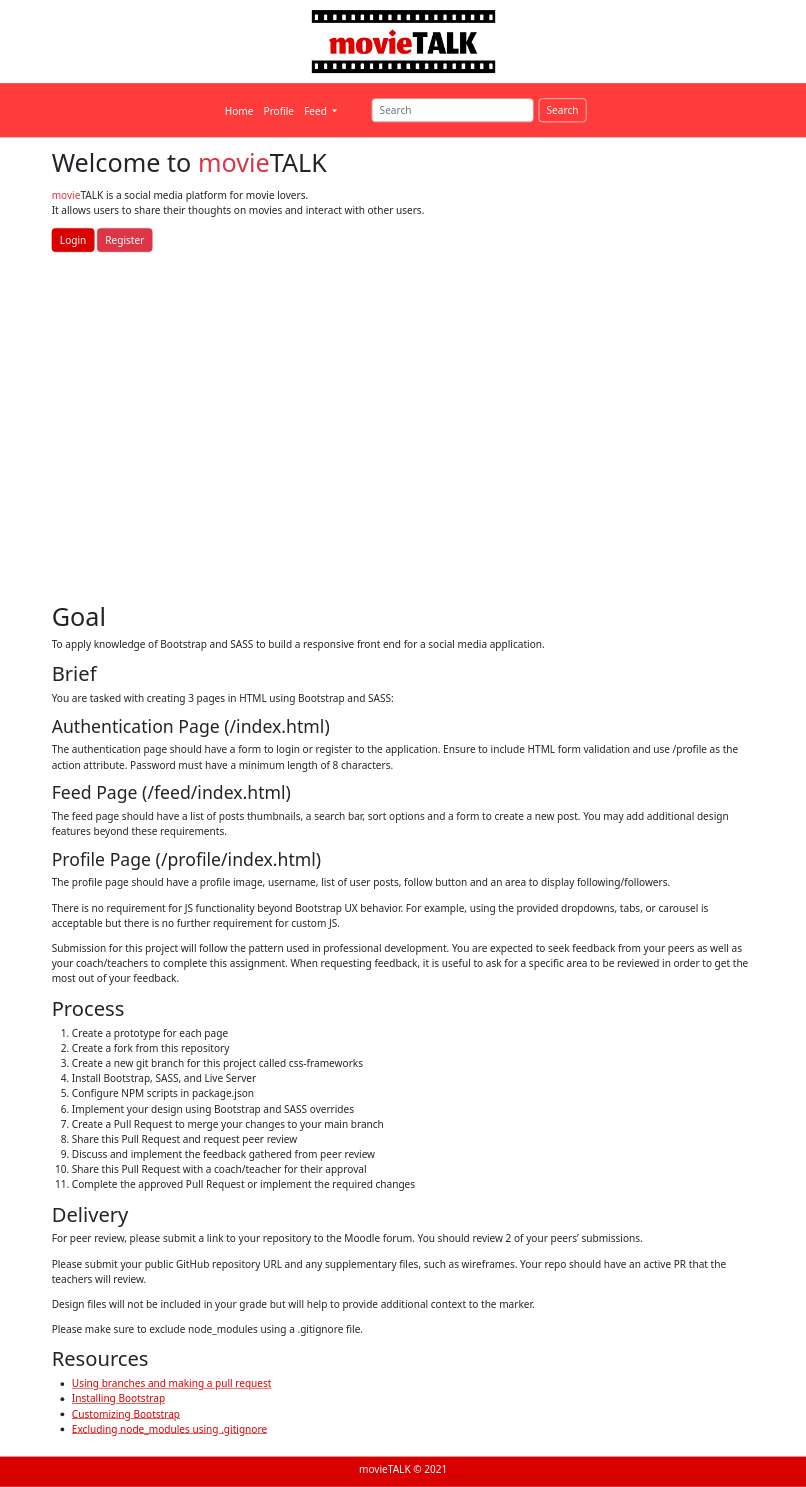
Repository: runeunhjem/css-frameworks-ca
Page: index.html
An editor plug-in stored every save of this project. The page is shown before and after a run of saves, followed by the edit.
The browser window is 1280 px wide. The pictures show the whole page, at 63% of full size.
The style sheet was rebuilt from its Sass, Less or Tailwind sources for each picture, by a compiler version that may differ from the author's.

Above is the page before, as saved 2023-08-25 09:03:51.

After the next 2 saves:
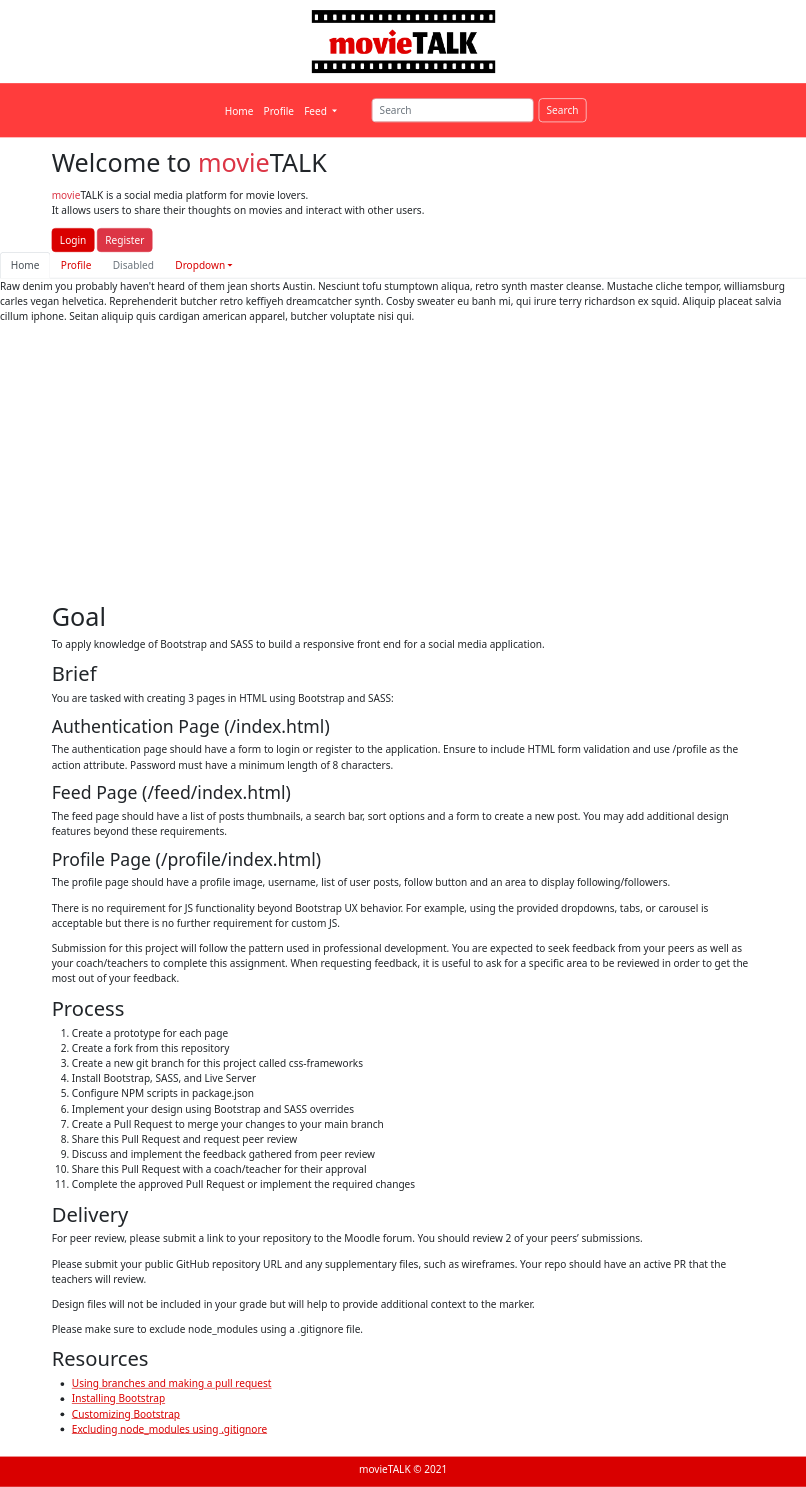
The 2 saves are shown as one change because they came seconds apart.
The last was saved 2 min 40 s later.
--- a/index.html
+++ b/index.html
@@ -71,6 +71,56 @@
       </div>
     </div>
   </div>
+  <div class="bs-component">
+          <ul class="nav nav-tabs">
+            <li class="nav-item">
+              <a class="nav-link active" data-toggle="tab" href="#home">Home</a>
+            </li>
+            <li class="nav-item">
+              <a class="nav-link" data-toggle="tab" href="#profile">Profile</a>
+            </li>
+            <li class="nav-item">
+              <a class="nav-link disabled" href="#">Disabled</a>
+            </li>
+            <li class="nav-item dropdown">
+              <a class="nav-link dropdown-toggle" data-toggle="dropdown" href="#" role="button" aria-haspopup="true" aria-expanded="false">Dropdown</a>
+              <div class="dropdown-menu">
+                <a class="dropdown-item" href="#">Action</a>
+                <a class="dropdown-item" href="#">Another action</a>
+                <a class="dropdown-item" href="#">Something else here</a>
+                <div class="dropdown-divider"></div>
+                <a class="dropdown-item" href="#">Separated link</a>
+              </div>
+            </li>
+          </ul>
+          <div id="myTabContent" class="tab-content">
+            <div class="tab-pane fade active show" id="home">
+              <p>Raw denim you probably haven't heard of them jean shorts Austin. Nesciunt tofu stumptown aliqua, retro
+                synth master cleanse. Mustache cliche tempor, williamsburg carles vegan helvetica. Reprehenderit
+                butcher retro keffiyeh dreamcatcher synth. Cosby sweater eu banh mi, qui irure terry richardson ex
+                squid. Aliquip placeat salvia cillum iphone. Seitan aliquip quis cardigan american apparel, butcher
+                voluptate nisi qui.</p>
+            </div>
+            <div class="tab-pane fade" id="profile">
+              <p>Food truck fixie locavore, accusamus mcsweeney's marfa nulla single-origin coffee squid. Exercitation
+                +1 labore velit, blog sartorial PBR leggings next level wes anderson artisan four loko farm-to-table
+                craft beer twee. Qui photo booth letterpress, commodo enim craft beer mlkshk aliquip jean shorts
+                ullamco ad vinyl cillum PBR. Homo nostrud organic, assumenda labore aesthetic magna delectus mollit.</p>
+            </div>
+            <div class="tab-pane fade" id="dropdown1">
+              <p>Etsy mixtape wayfarers, ethical wes anderson tofu before they sold out mcsweeney's organic lomo retro
+                fanny pack lo-fi farm-to-table readymade. Messenger bag gentrify pitchfork tattooed craft beer, iphone
+                skateboard locavore carles etsy salvia banksy hoodie helvetica. DIY synth PBR banksy irony. Leggings
+                gentrify squid 8-bit cred pitchfork.</p>
+            </div>
+            <div class="tab-pane fade" id="dropdown2">
+              <p>Trust fund seitan letterpress, keytar raw denim keffiyeh etsy art party before they sold out master
+                cleanse gluten-free squid scenester freegan cosby sweater. Fanny pack portland seitan DIY, art party
+                locavore wolf cliche high life echo park Austin. Cred vinyl keffiyeh DIY salvia PBR, banh mi before
+                they sold out farm-to-table VHS viral locavore cosby sweater.</p>
+            </div>
+          </div>
+        </div>
 </main>
 <footer>
   <div class="container">
